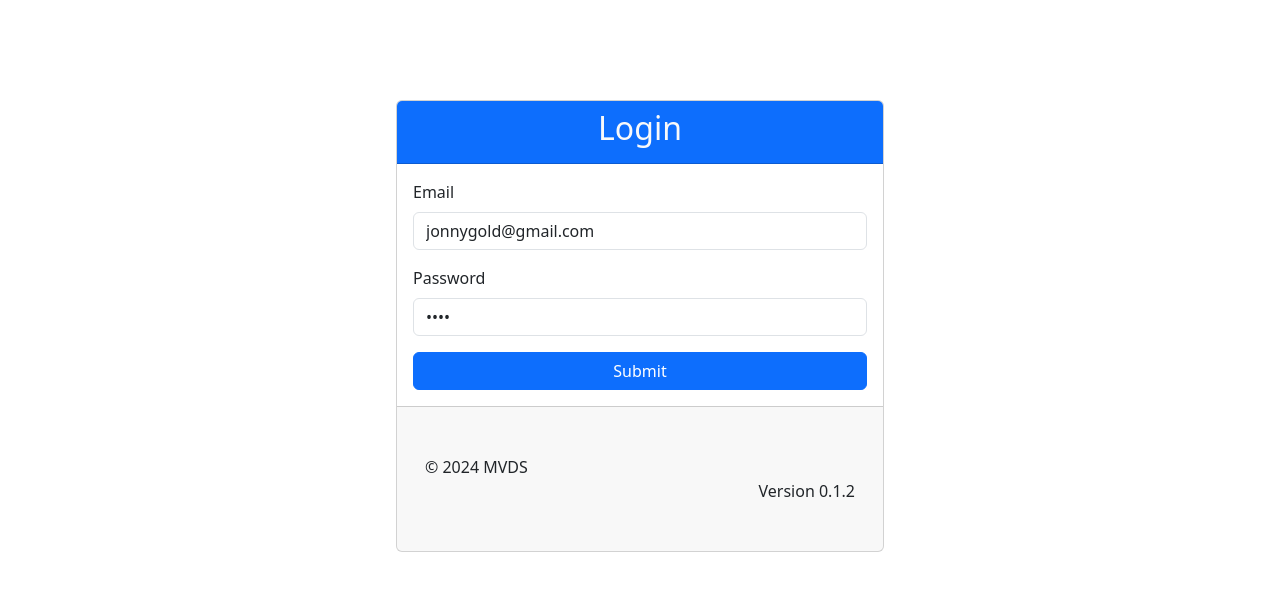
Repository: trider/react-task-manager
Page: /
The author's editor kept a copy of each file at every save. The page is drawn from the files as they stood at one save, then again after the next save.
The browser window is 1280 px wide. The pictures show the whole page.
The project was rebuilt for these pictures with package versions that can differ from the ones it lists, and the page was loaded fresh each time. Also part of the build but not shown: src/App.css, src/components/Navigation.js, src/data/_Tasks.js, src/data/_Cols.js, src/pages/Task.js.

Above is the page before, as saved 2024-05-07 17:57:38.

After the next save:
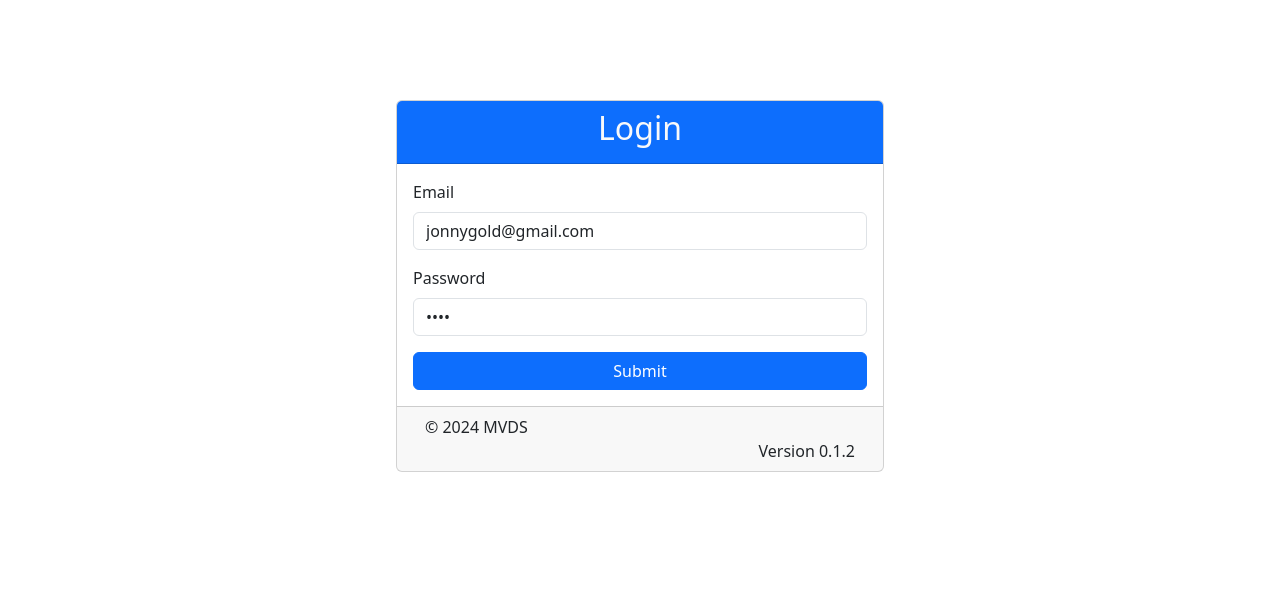
Saved 10 s later.
--- a/src/components/Footer.js
+++ b/src/components/Footer.js
@@ -6,7 +6,7 @@ import Col from 'react-bootstrap/Col';
 
 const Footer = () => {
   return (
-    <footer className='class="d-flex flex-wrap justify-content-between align-items-center py-3 my-4 border-top">'>
+    <footer>
       <Container >
       <Row>
         <Col sm={10}>&copy; 2024 MVDS</Col>
